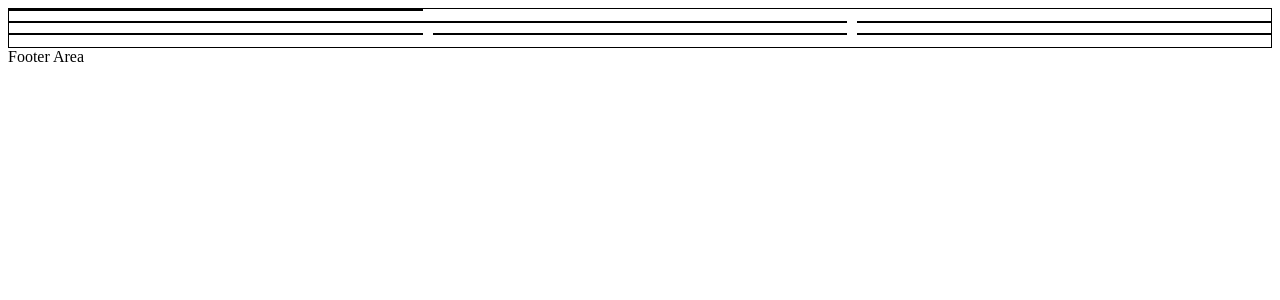
Repository: BwesewB/Brutalist-Website
Page: /
These files come from the project's save history. The page is drawn as it stood at one moment and after the next save; the edit follows.
The browser window is 1280 px wide. The pictures show the whole page.
The project was rebuilt for these pictures with package versions that can differ from the ones it lists, and the page was loaded fresh each time. The framework's server and built-in components were replaced by stand-ins that run in the browser. Also part of the build but not shown: next.config.mjs.

Above is the page before, as saved 2024-02-03 16:55:03.

After the next save:
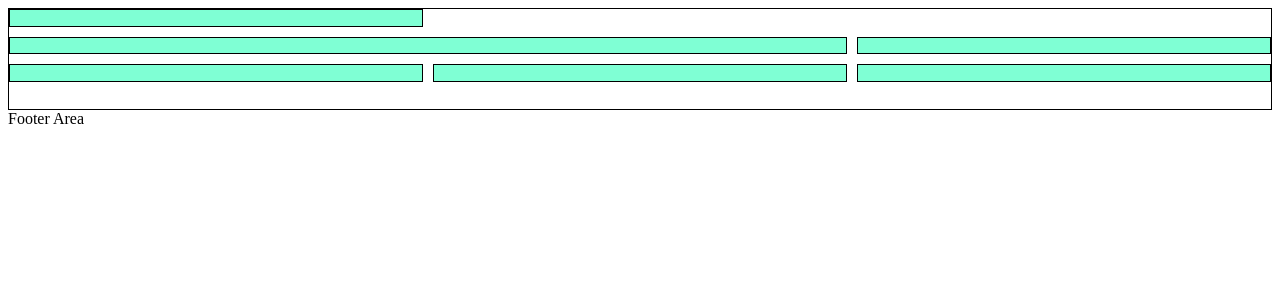
Saved 15 s later.
--- a/styles/Home.module.css
+++ b/styles/Home.module.css
@@ -30,6 +30,7 @@
   grid-template-rows: repeat(4, 1fr);
   gap: 10px;
   border: 1px solid black;
+  height:100px;
 }
 
 .posterOne,
